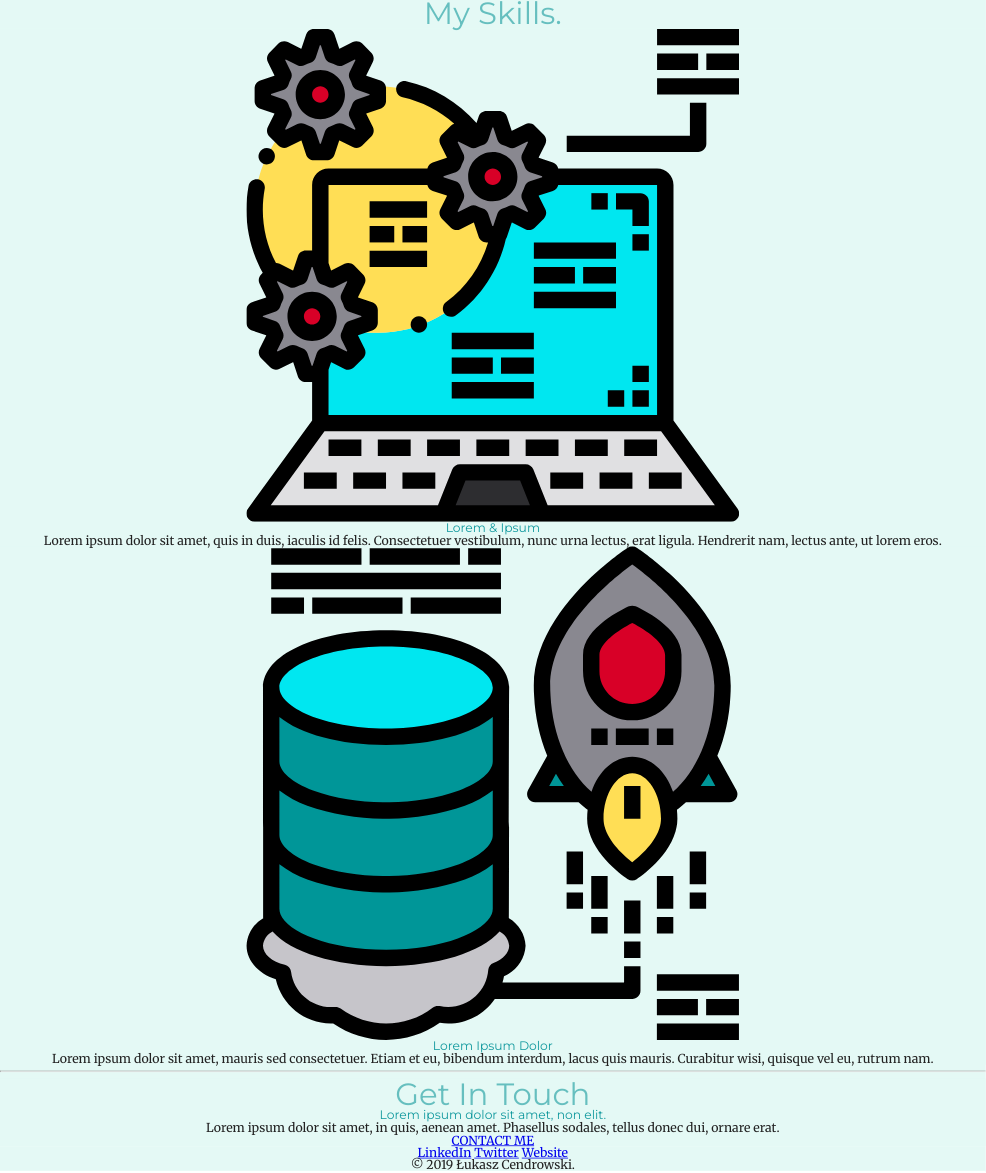
Repository: Isanderr/simple_landing_page-1
Page: index.html
The author's editor kept a copy of each file at every save. The page is drawn from the files as they stood at one save, then again after the next save.
The browser window is 1280 px wide. The pictures show the part of the page from y = 906 to 2461 px (the page is 2429 px tall before and 2461 px after), at 77% of full size.
A picture or video elsewhere on the page could not be fetched, so the positions and the page height are approximate.

Above is the page before, as saved 2019-01-31 22:35:52.

### index.html
<!DOCTYPE html>
<html lang="en">

    <head>
        <meta charset="UTF-8">
        <meta name="viewport" content="width=device-width, initial-scale=1.0">
        <meta http-equiv="X-UA-Compatible" content="ie=edge">
        <title>CendrowskiL</title>
        <link rel="stylesheet" href="css/reset.css">
        <link rel="stylesheet" href="css/styles.css">
        <link rel="shortcut icon" href="img/favicon.ico" type="image/x-icon">
        <link href="https://fonts.googleapis.com/css?family=Merriweather|Montserrat|Sacramento" rel="stylesheet">
    </head>

    <body>
    </body>
    <div class="top-container">
        <img class="top-cloud" src="img/cloud.png" alt="cloud-image">
        <h1>I'm Luke</h1>
        <h2>a <span class="pro">pro</span>grammer.</h2>
        <img class="bottom-cloud" src="img/cloud.png" alt="cloud-image">
        <img src="img/mountain.png" alt="mountain-image">
    </div>
    <div class="middle-container">
        <div class="profile">
            <img src="img/man.svg" alt="man">
            <h2>Hello.</h2>
            <p>Lorem ipsum dolor sit amet, vitae volutpat, dui conubia, dolor urna. Non auctor, montes nulla
                distinctio.</p>
        </div>
        <hr>
        <div class="skills">
            <h2>My Skills.</h2>
            <div class="skill-row">
                <img class="" src="img/optimize.svg" alt="computer">
                <h3>Lorem & Ipsum</h3>
                <p>Lorem ipsum dolor sit amet, quis in duis, iaculis id felis. Consectetuer vestibulum, nunc urna
                    lectus, erat ligula. Hendrerit nam, lectus ante, ut lorem eros.</p>
            </div>
            <div class="skill-row">
                <img class="" src="img/hosting.svg" alt="rocket-databes">
                <h3>Lorem Ipsum Dolor</h3>
                <p>Lorem ipsum dolor sit amet, mauris sed consectetuer. Etiam et eu, bibendum interdum, lacus quis
                    mauris. Curabitur wisi, quisque vel eu, rutrum nam.</p>
            </div>
        </div>
        <hr>
        <div class="contact-me">
            <h2>Get In Touch</h2>
            <h3>Lorem ipsum dolor sit amet, non elit.</h3>
            <p>Lorem ipsum dolor sit amet, in quis, aenean amet. Phasellus sodales, tellus donec dui, ornare erat.</p>
            <a class="btn" href="mailto:name@email.com">CONTACT ME</a>
        </div>
    </div>
    <div class="bottom-container">
        <a class="footer-link" href="https://www.linkedin.com/">LinkedIn</a>
        <a class="footer-link" href="https://twitter.com/">Twitter</a>
        <a class="footer-link" href="https://www.appbrewery.co/">Website</a>
        <p>© 2019 Łukasz Cendrowski.</p>
    </div>
    </body>

</html>

### css/styles.css
/* font-family: 'Merriweather', serif;
font-family: 'Sacramento', cursive;
font-family: 'Montserrat', sans-serif; */

body{
    margin: 0;
    text-align: center;
    font-family: 'Merriweather', serif;
}

h1 {
    color: #66bfbf;
    margin-top: 50px auto 0 auto;
    font-family: 'Sacramento', cursive;
    font-size: 5.625rem;
}
h2 {
    font-size: 2.5rem;
    font-family: 'Montserrat', sans-serif;
    color: #66bfbf;
    font-weight: normal;
}
h3 {
    font-family: 'Montserrat', sans-serif;
    color: #11999E;
}
div {
    background-color: #E4f9f5;
}

.top-container {
background-color: #E4f9f5;
position: relative;
padding-top: 100px;
}

.middle-container {

}

.bottom-container{

}

.pro {
    text-decoration: underline;
}

.top-cloud{
position: absolute;
right: 300px;
top: 50px;
}
.bottom-cloud {
position: absolute;
left: 300px;
bottom: 300px;
}

Loaded but not shown: css/reset.css (common file)

After the next save:
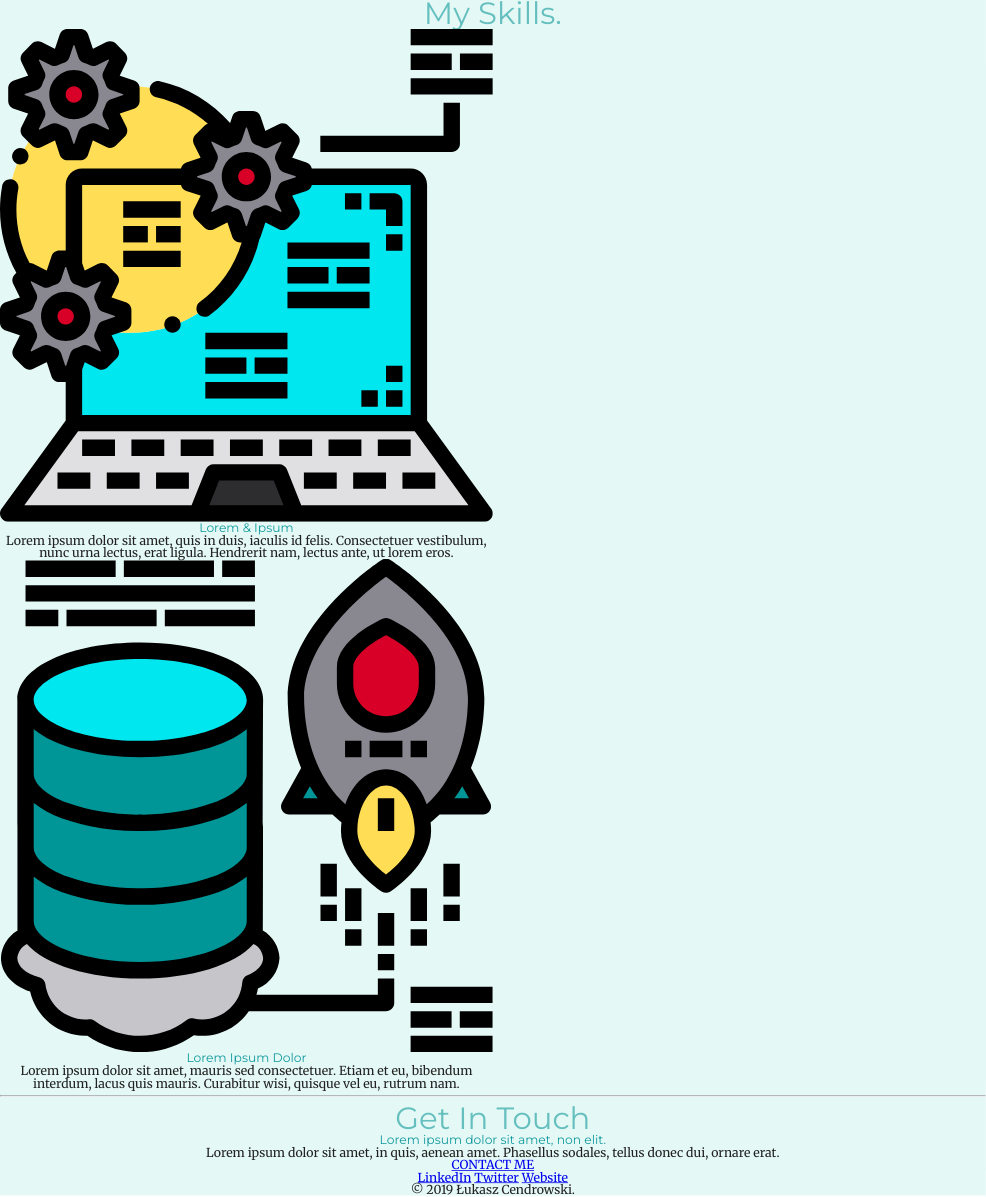
Saved 76 s later.
--- a/css/styles.css
+++ b/css/styles.css
@@ -56,3 +56,7 @@ position: absolute;
 left: 300px;
 bottom: 300px;
 }
+
+.skill-row {
+    width: 50%;
+}
